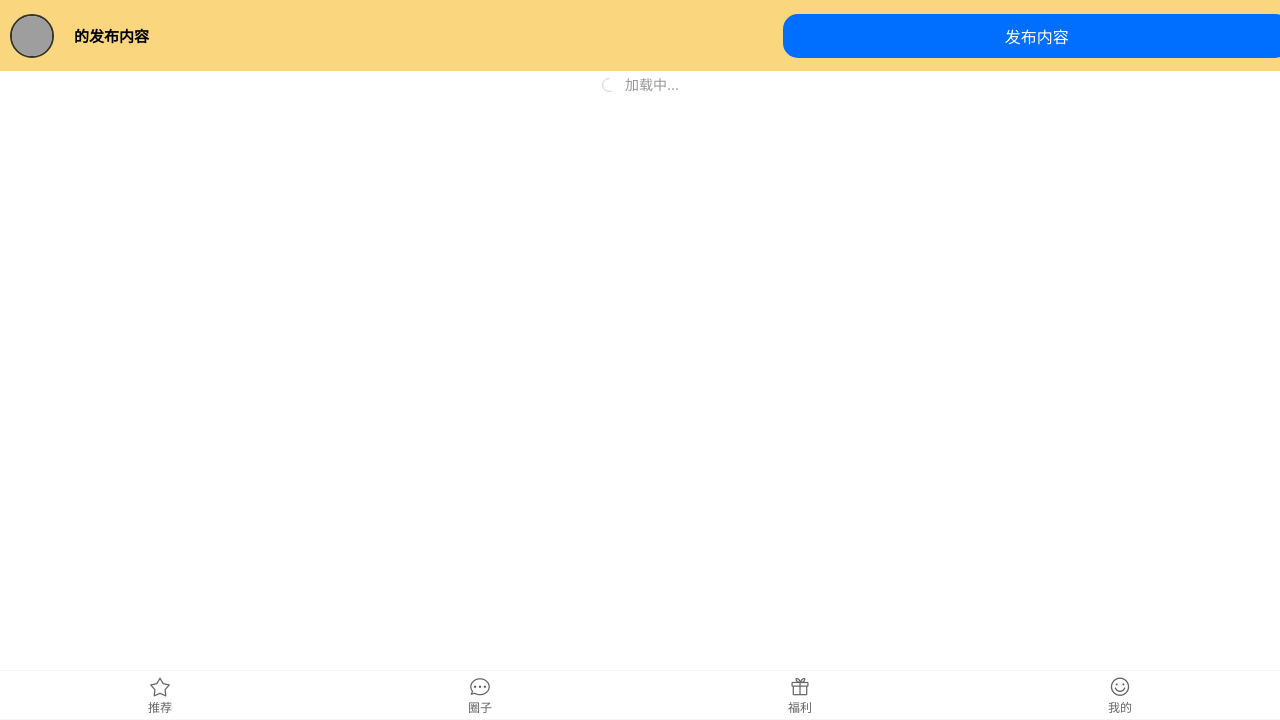
Repository: pbw-langwang/dm
Page: /#/fabu (app in dm_vue/)
The author's editor kept a copy of each file at every save. The page is drawn from the files as they stood at one save, then again after the next save.
The browser window is 1280 px wide. The pictures show the whole page.
The page's requests for data from a server got no answer. The project was rebuilt for these pictures with package versions that can differ from the ones it lists, and the page was loaded fresh each time. No one was signed in, and anything a server would have sent is missing. Also part of the build but not shown: dm_vue/src/components/HelloWorld.vue, dm_vue/src/components/video.vue, dm_vue/src/components/setting.vue, dm_vue/src/components/gift.vue, dm_vue/src/components/Regist.vue, dm_vue/src/components/history.vue, dm_vue/src/components/Search.vue, dm_vue/src/components/SearchList.vue and 3 more.

Above is the page before, as saved 2021-06-22 18:41:07.

After the next save:
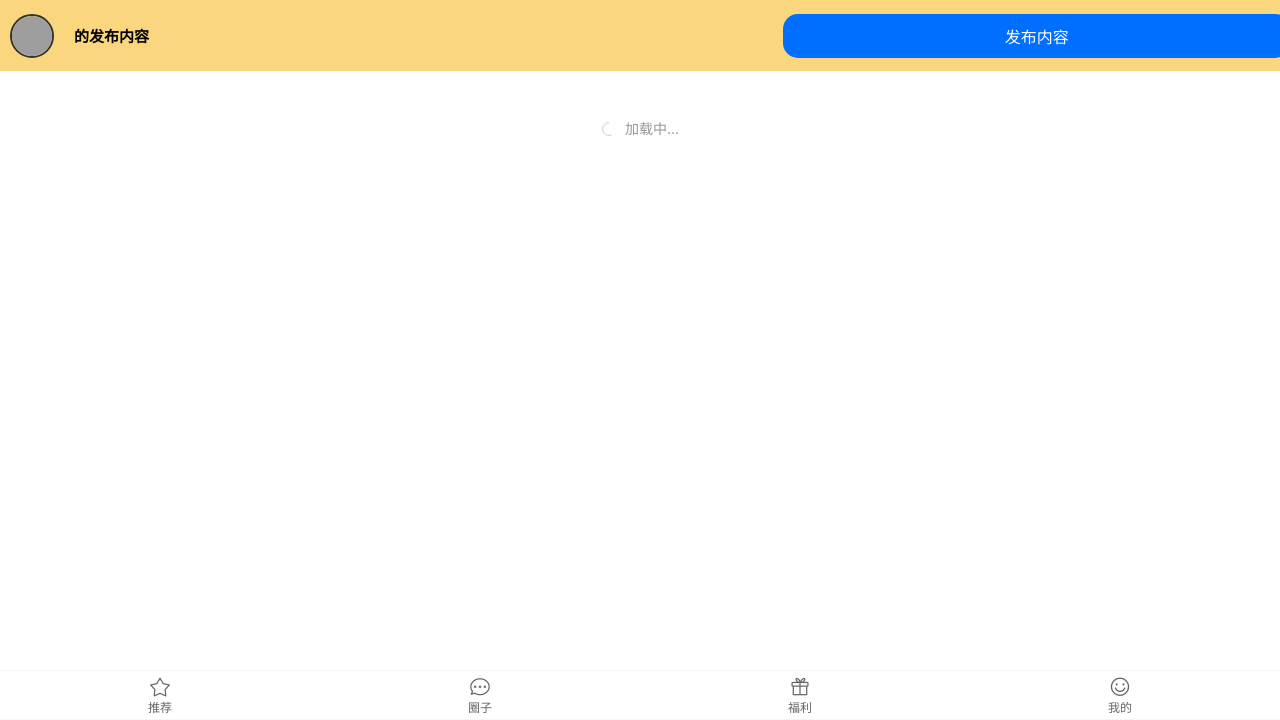
Saved 2 min 22 s later.
--- a/dm_vue/src/components/fabu.vue
+++ b/dm_vue/src/components/fabu.vue
@@ -6,7 +6,37 @@
       <p @click="gotofabupost()">发布内容</p>
     </div>
 
-    <van-pull-refresh v-model="refreshing" @refreshing="onRefresh">
+    <div class="btn">
+        <van-button type="danger" round plain @click="batchDel">批量删除</van-button>
+    </div>
+
+    <van-pull-refresh v-model="refreshing" @refresh="onRefresh">
+        <van-list
+        v-model="loading"
+        :finished="finished"
+        finished-text="没有更多了"
+        @load="onLoad"
+        >
+        <van-checkbox-group v-model="result">
+            <van-cell v-for="(item,index) in list" :key="item.postid" @click="toggle(index)">
+                <template #right-icon>
+                    <van-checkbox :name="item" ref="checkboxes"/>
+                </template>
+                <van-swipe-cell>
+                    <van-card
+                        @click="getInfo(item.newsid)"
+                        :title="item.headtitle"
+                        :thumb="picIp+item.pictures"
+                    />
+                    <template #right>
+                        <van-button square text="删除" type="danger" class="delete-button" @click="del(item.collectid)"></van-button>
+                    </template>
+                </van-swipe-cell>
+            </van-cell>
+        </van-checkbox-group>
+        </van-list>
+    </van-pull-refresh>
+    <!-- <van-pull-refresh v-model="refreshing" @refreshing="onRefresh">
       <van-list
         v-model="loading"
         :finished="finished"
@@ -20,7 +50,7 @@
           </div>
         </van-cell>
       </van-list>
-    </van-pull-refresh>
+    </van-pull-refresh> -->
   </div>
 </template>
 
